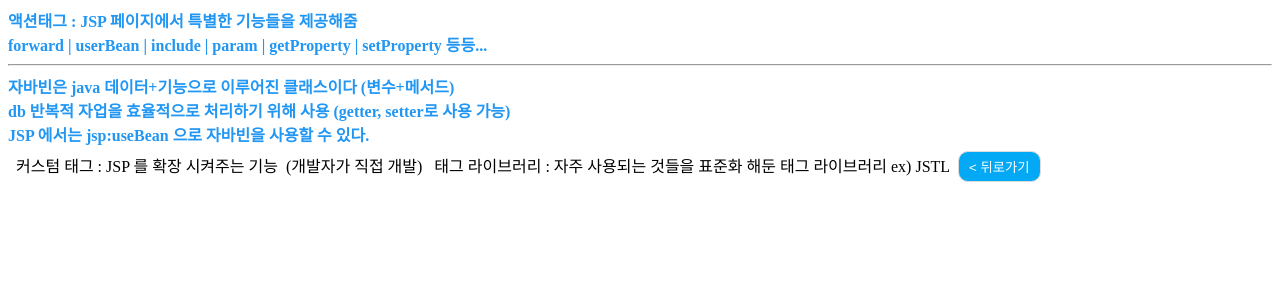
Repository: hyejux/JSP_STUDY
Page: http://localhost/JSPPractice2/JSP_ex5.jsp
These files come from the project's save history. The page is drawn as it stood at one moment and after the next save; the edit follows.
The browser window is 1280 px wide. The pictures show the whole page.
The page is served by Tomcat 9. Other server files are loaded and not shown.

Above is the page before, as saved 2025-01-07 16:49:43.

### JSPPractice2/src/main/webapp/JSP_ex5.jsp
<%@ page language="java" contentType="text/html; charset=UTF-8"
    pageEncoding="UTF-8"%>
<!DOCTYPE html>
<html>
<head>
<meta charset="UTF-8">
<title> 액션 태그 소개 </title>
<link rel="stylesheet" type="text/css" href="css/style.css"> </link>
</head>
<body>

	<div class="info">
		<div> 액션태그 : JSP 페이지에서 특별한 기능들을 제공해줌  </div>
		<div> forward | userBean | include | param | getProperty | setProperty 등등... </div>
	</div>

	<div class="point">  </div>
	<%-- <jsp:forward page="index.jsp"/> --%>

	<hr>
	<div class="info">
		<div> 자바빈은 java 데이터+기능으로 이루어진 클래스이다 (변수+메서드) </div>
		<div> db 반복적 자업을 효율적으로 처리하기 위해 사용 (getter, setter로 사용 가능) </div>
		<div> JSP 에서는 jsp:useBean 으로 자바빈을 사용할 수 있다.</div>
	</div>



커스텀 태그 : JSP 를 확장 시켜주는 기능  (개발자가 직접 개발)

태그 라이브러리 : 자주 사용되는 것들을 표준화 해둔 태그 라이브러리 ex) JSTL

<button type="button" class="btn1"  onclick = "location.href='index.jsp'"> < 뒤로가기 </button>
</body>
</html>

### JSPPractice2/src/main/webapp/css/style.css
.info{
	color : #2196f3;
	font-weight: bold;
}

.btn1 {
	border: 1px solid #ddd;
    color: #ffffff;
    border-radius: 10px;
    padding: 5px 10px;
    background: #03A9F4;
    margin-top: 5px;
}

.point {
	color : red;
}

After the next save:
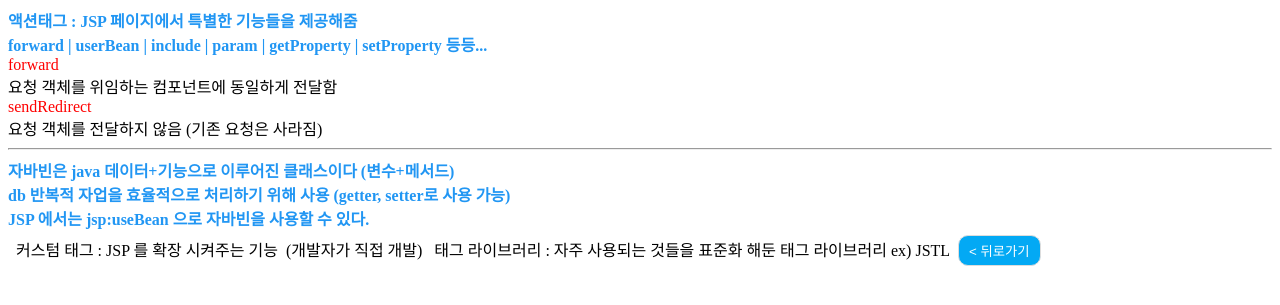
Saved 4 min 35 s later.
--- a/JSPPractice2/src/main/webapp/JSP_ex5.jsp
+++ b/JSPPractice2/src/main/webapp/JSP_ex5.jsp
@@ -14,8 +14,13 @@
 		<div> forward | userBean | include | param | getProperty | setProperty 등등... </div>
 	</div>
 
-	<div class="point">  </div>
+	<div class="point"> forward  </div>
 	<%-- <jsp:forward page="index.jsp"/> --%>
+	<div> 요청 객체를 위임하는 컴포넌트에 동일하게 전달함 </div>
+
+	<div class="point"> sendRedirect  </div>
+	<div> 요청 객체를 전달하지 않음  (기존 요청은 사라짐) </div>
+
 
 	<hr>
 	<div class="info">
